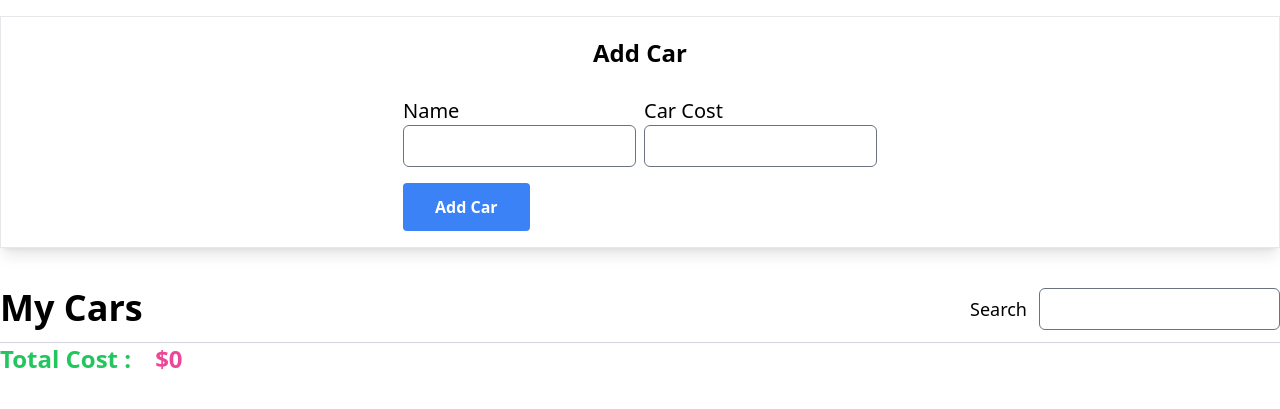
Repository: Marhamat92/carsappreduxtoolkit
Page: /
The author's editor kept a copy of each file at every save. The page is drawn from the files as they stood at one save, then again after the next save.
The browser window is 1280 px wide. The pictures show the whole page.
The project was rebuilt for these pictures with package versions that can differ from the ones it lists, and the page was loaded fresh each time.

Above is the page before, as saved 2023-01-24 00:46:28.

### src/index.js
import React from 'react';
import ReactDOM from 'react-dom/client';
import './index.css';
import App from './App';
import { Provider } from 'react-redux';
import { store } from './store'


const root = ReactDOM.createRoot(document.getElementById('root'));
root.render(
  <Provider store={store}>
    <App />
  </Provider>
);

### src/App.js
import CarForm from "./components/CarForm";
import CarList from "./components/CarList";
import CarSearch from "./components/CarSearch";
import CarValue from "./components/CarValue";


function App() {
  return (
    <div className="container mx-auto">
      <CarForm />
      <CarSearch />
      <CarList />
      <CarValue />
    </div>
  );
}

export default App;

### src/store/index.js
import { configureStore } from "@reduxjs/toolkit";
import {
  carsReducer,
  addCar,
  removeCar,
  changeSearchTerm,
} from "./slices/carsSlice";
import { formReducer, changeName, changeCost } from "./slices/formSlice";

const store = configureStore({
  reducer: {
    cars: carsReducer,
    form: formReducer,
  },
})

export { store, addCar, removeCar, changeSearchTerm, changeName, changeCost };

### src/components/CarForm.js
import React from 'react'
import { useDispatch, useSelector } from 'react-redux'
import { changeName, changeCost, addCar } from '../store'



function CarForm() {
  const dispatch = useDispatch(); // this is the hook that allows us to dispatch actions to the store
  const { name, cost } = useSelector((state) => { // this is the hook that allows us to access the store
    return {
      name: state.form.name,
      cost: state.form.cost
    }
  })


  const handleNameChange = (e) => {
    dispatch(changeName(e.target.value))
  }

  const handleCostChange = (e) => {
    const carCost = parseInt(e.target.value) || 0;
    dispatch(changeCost(carCost))

  }


  const handleSubmit = (e) => {
    e.preventDefault();
    dispatch(addCar({ name, cost }))
  }


  //!after adding a car, clear the form fields with extra reducers which will be added to the formSlice,otherwise we can use dispatch(changeName('')) and dispatch(changeCost(0)) to clear the form fields but it is not a good practice



  return (
    <div className='flex flex-col items-center justify-center border shadow-lg py-4 mt-4'>
      <h1 className='font-bold text-2xl py-1' >Add Car</h1>
      <div className='mt-6'>
        <form onSubmit={handleSubmit} className=''>
          <div className='flex flex-row space-x-2'>
            <div className='flex flex-col'>
              <label className='text-xl' htmlFor='make'>Name</label>
              <input className=' border border-gray-500 rounded-md py-2

              ' value={name} onChange={handleNameChange} type='text' name='carName' id='carName' />
            </div>
            <div className='flex flex-col'>
              <label className='text-xl' htmlFor='price'>Car Cost</label>
              <input className=' border border-gray-500 rounded-md py-2

              ' value={cost || ''} onChange={handleCostChange} type='number' name='price' id='price' />
            </div>
          </div>
          <button className='bg-blue-500 hover:bg-blue-700 text-white font-bold py-3  px-8 rounded mt-4' type='submit'>Add Car</button>
        </form>
      </div>
    </div>
  )
}

export default CarForm

### src/components/CarList.js
import React from 'react'
import { useSelector, useDispatch } from 'react-redux'
import { removeCar } from '../store'


function CarList() {


  const dispatch = useDispatch();

  const cars = useSelector(({ cars: { searchTerm, data } }) => {   //! <--- destructuring the state object to get the searchTerm and data properties
    return data.filter((car) => {
      return car.name.toLowerCase().includes(searchTerm.toLowerCase())
    })
  })

  const handleDeleteCar = (car) => {
    dispatch(removeCar(car.id))
  }



  const renderedCars = cars.map((car) => {
    return (
      <div className='flex justify-between space-y-3 items-center shadow-lg mt-4 py-2 px-4 rounded-md' key={car.id}>
        <p className='text-3xl' >{car.name} - ${car.cost}</p>
        <button onClick={() => handleDeleteCar(car)} className='bg-red-500 px-4 py-2 text-3xl rounded-md'>
          Remove
        </button>
      </div>
    )
  })




  return (
    <div>{renderedCars}</div>
  )
}

export default CarList

### src/components/CarSearch.js
import React from 'react'
import { useSelector, useDispatch } from 'react-redux'
import { changeSearchTerm } from '../store'


function CarSearch() {

  const dispatch = useDispatch();
  const searchTerm = useSelector((state) => {

    return state.cars.searchTerm

  })

  const handleSearchCarTerm = (e) => {
    dispatch(changeSearchTerm(e.target.value))
  }



  return (
    <div>
      <div className='flex justify-between mt-10 border-b border-gray-300 pb-3' >
        <h1 className='text-4xl font-bold' >My Cars</h1>
        <div className='flex space-x-3 items-center' >
          <label className='text-lg' htmlFor="">Search</label>
          <input value={searchTerm} onChange={handleSearchCarTerm} className='pl-2 border border-gray-500 py-2 rounded-md' type="text" />
        </div>
      </div>
    </div>
  )
}

export default CarSearch

### src/components/CarValue.js
import React from 'react'
import { useSelector } from 'react-redux'

function CarValue() {

  const totalCost = useSelector(({ cars: { data, searchTerm } }) =>
    data.filter((car) => car.name.toLowerCase().includes(searchTerm.toLowerCase())
    )
      .reduce((acc, car) => acc + car.cost, 0)
  );



  return (
    <div className='flex  space-x-6'>
      <h1 className='text-2xl font-bold text-green-500' >Total Cost :</h1>
      <h1 className='text-2xl font-bold text-pink-500'>${totalCost}</h1>
    </div>
  )
}

export default CarValue

### src/store/slices/carsSlice.js
import { createSlice, nanoid } from '@reduxjs/toolkit';

const carsSlice = createSlice({
  name: 'cars',
  initialState: {
    data: [],
    searchTerm: ''
  },
  reducers: {
    changeSearchTerm(state, action) {
      state.searchTerm = action.payload;
    },
    addCar(state, action) {
      //Assumption:
      //action.payload is an object with the following properties:
      //name, cost, id
      state.data.push({
        name: action.payload.name,
        cost: action.payload.cost,
        id: nanoid()
      })
    },
    removeCar(state, action) {
      //Assumption:
      //action.payload is the id of the car to remove
      const updatedCars = state.data.filter((car) => {
        return car.id !== action.payload;
      })
      state.data = updatedCars;
    }

  }
})

export const { changeSearchTerm, addCar, removeCar } = carsSlice.actions;
export const carsReducer = carsSlice.reducer;

### src/store/slices/formSlice.js
import { createSlice } from '@reduxjs/toolkit';
import { addCar } from './carsSlice';

const formSlice = createSlice({
  name: 'form',
  initialState: {
    name: '',
    cost: 0
  },
  reducers: {
    changeName(state, action) {
      state.name = action.payload;
    },
    changeCost(state, action) {
      state.cost = action.payload;
    }
  },
  extraReducers(builder) {
    builder.addCase(addCar, (state, action) => {
      state.name = '';
      state.cost = 0;
    })
  }
})

//extraReducers is a function that takes a builder object as an argument and we can use the builder object to add extra reducers to the formSlice
//addCase is a function that takes an action and a reducer as arguments and adds the reducer to the formSlice
//the reducer will be called when the action is dispatched


export const { changeName, changeCost } = formSlice.actions;
export const formReducer = formSlice.reducer;

Loaded but not shown: public/index.html (common file); src/index.css (common file); tailwind.config.js (common file)

After the next save:
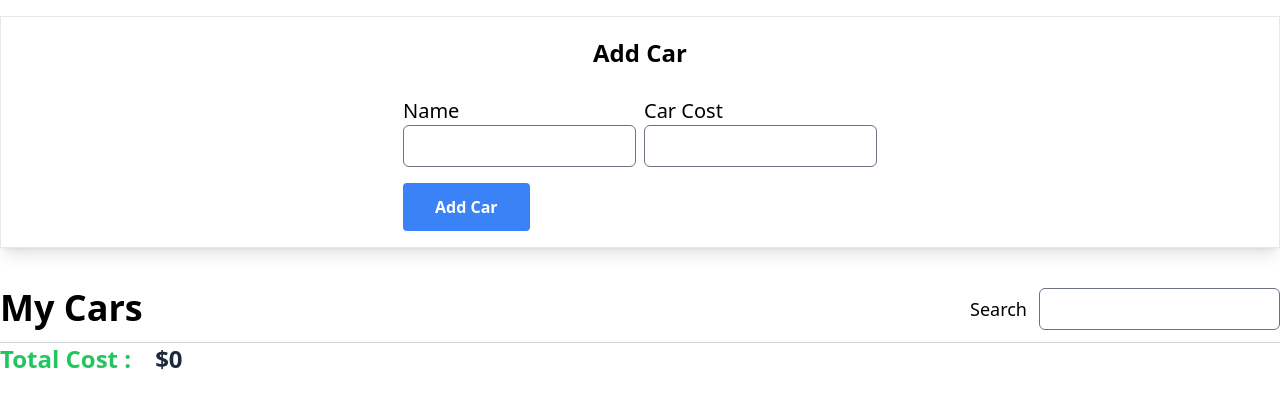
Saved 16 s later.
--- a/src/components/CarValue.js
+++ b/src/components/CarValue.js
@@ -14,7 +14,7 @@ function CarValue() {
   return (
     <div className='flex  space-x-6'>
       <h1 className='text-2xl font-bold text-green-500' >Total Cost :</h1>
-      <h1 className='text-2xl font-bold text-pink-500'>${totalCost}</h1>
+      <h1 className='text-2xl font-bold text-slate-800'>${totalCost}</h1>
     </div>
   )
 }
